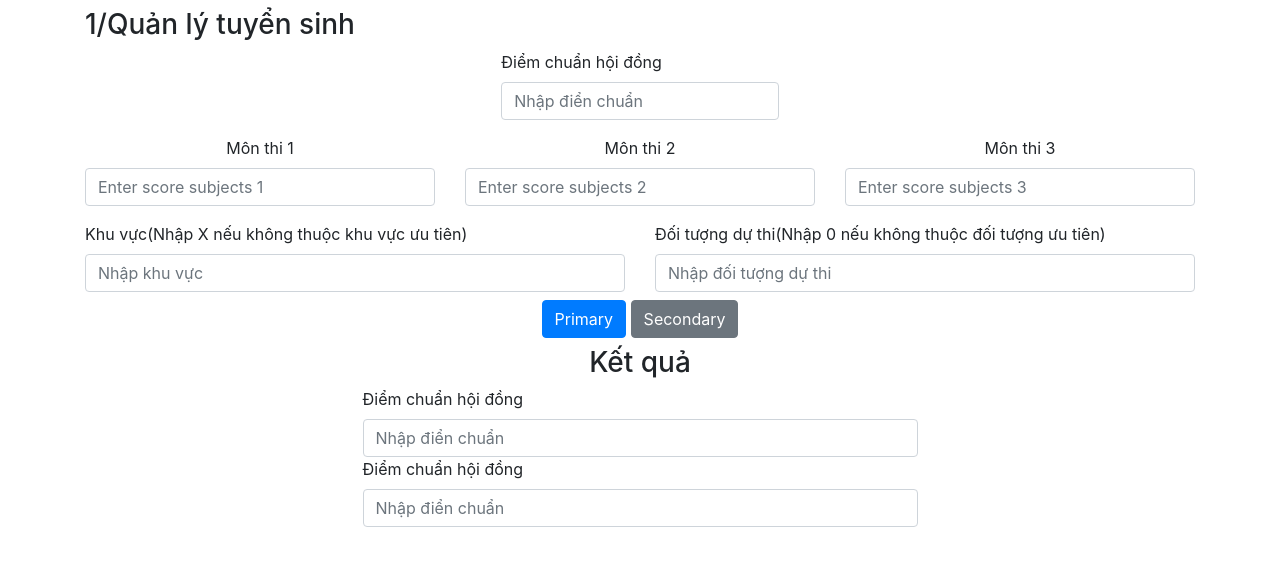
Repository: baobaodeveloper/bootcamp21__jsbasic4_HuynhAnhBao
Page: index.html
These files come from the project's save history. The page is drawn as it stood at one moment and after the next save; the edit follows.
The browser window is 1280 px wide. The pictures show the whole page.

Above is the page before, as saved 2022-03-13 17:50:15.

After the next save:
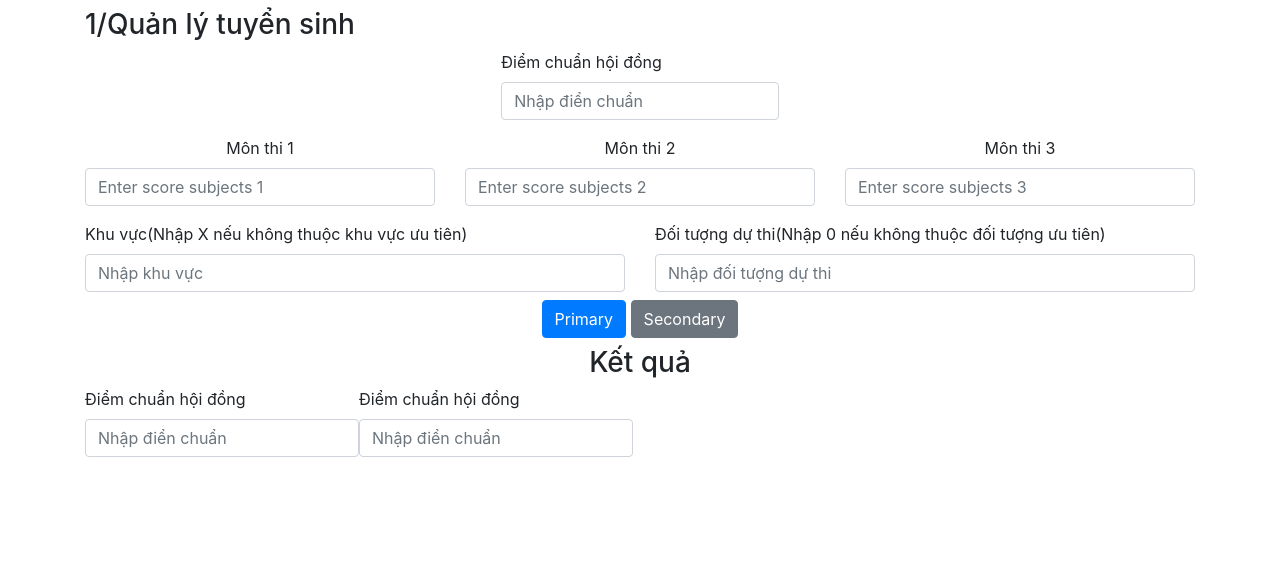
Saved 14 s later.
--- a/index.html
+++ b/index.html
@@ -87,7 +87,7 @@
 
       <h3 class="text-center mt-2">Kết quả</h3>
 
-      <div class="mb-3 w-50 m-auto">
+      <div class="mb-3 w-50 d-flex">
         <div>
           <label for="exampleFormControlInput1" class="score"
             >Điểm chuẩn hội đồng</label
